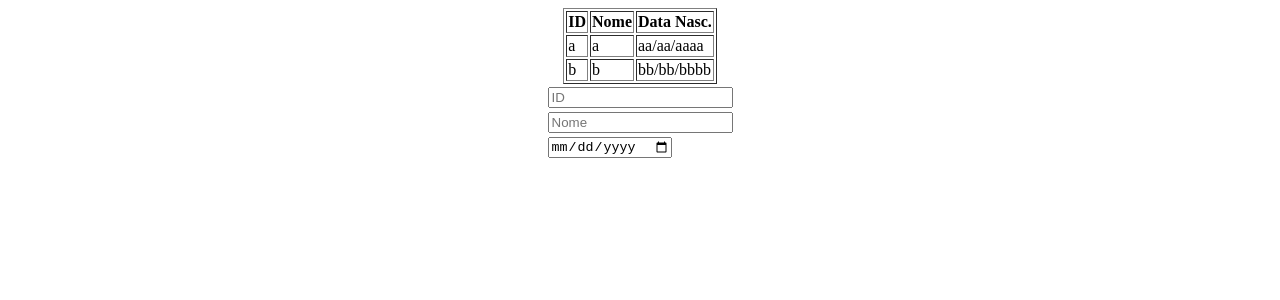
Repository: Frm2003/Laboratorio-de-Banco-de-Dados
Page: ExemploHTML/src/main/webapp/index.html
These files come from the project's save history. The page is drawn as it stood at one moment and after the next save; the edit follows.
The browser window is 1280 px wide. The pictures show the whole page.

Above is the page before, as saved 2023-08-08 12:53:44.

### ExemploHTML/src/main/webapp/index.html
<!DOCTYPE html>
<html>

<head>
	<meta charset="ISO-8859-1">
	<title>Exemplo</title>
</head>

<body>
	<div align="center">
		<table border="1">
			<thead>
				<tr>
					<th><b>ID</b></th>
					<th><b>Nome</b></th>
					<th><b>Data Nasc.</b></th>
				</tr>
			</thead>
			<tbody>
				<tr>
					<td>a</td>
					<td>a</td>
					<td>aa/aa/aaaa</td>
				</tr>
				<tr>
					<td>b</td>
					<td>b</td>
					<td>bb/bb/bbbb</td>
				</tr>
			</tbody>
		</table>
	</div>

	<div align="center">
		<table>
			<tr>
				<td>
					<input type="number" id="id" name="id" min="0" step="1" placeholder="ID" required="required">
				</td>
			</tr>
			<tr>
				<td>
					<input type="text" id="nome" name="nome" placeholder="Nome" required="required">
				</td>
			</tr>
			<tr>
				<td>
					<input type="date" id="dataNasc" name="dataNasc" placeholder="Data de Nasc." required="required">
				</td>
			</tr>
		</table>
	</div>

</body>

</html>

After the next save:
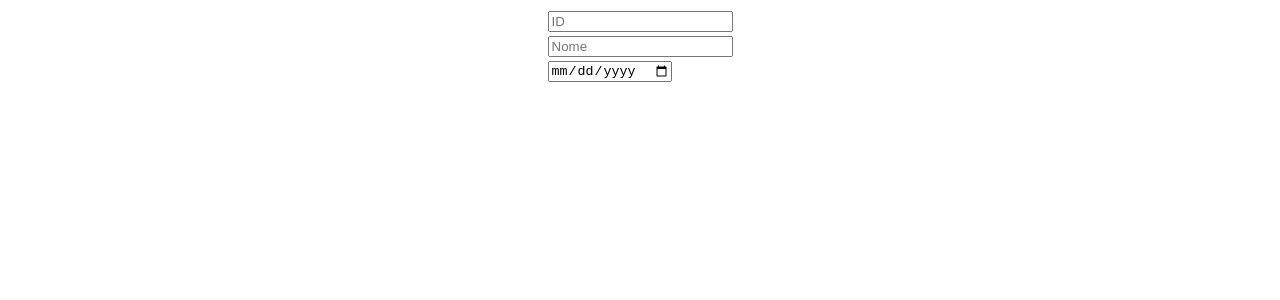
Saved 19 s later.
--- a/ExemploHTML/src/main/webapp/index.html
+++ b/ExemploHTML/src/main/webapp/index.html
@@ -7,30 +7,6 @@
 </head>
 
 <body>
-	<div align="center">
-		<table border="1">
-			<thead>
-				<tr>
-					<th><b>ID</b></th>
-					<th><b>Nome</b></th>
-					<th><b>Data Nasc.</b></th>
-				</tr>
-			</thead>
-			<tbody>
-				<tr>
-					<td>a</td>
-					<td>a</td>
-					<td>aa/aa/aaaa</td>
-				</tr>
-				<tr>
-					<td>b</td>
-					<td>b</td>
-					<td>bb/bb/bbbb</td>
-				</tr>
-			</tbody>
-		</table>
-	</div>
-
 	<div align="center">
 		<table>
 			<tr>
